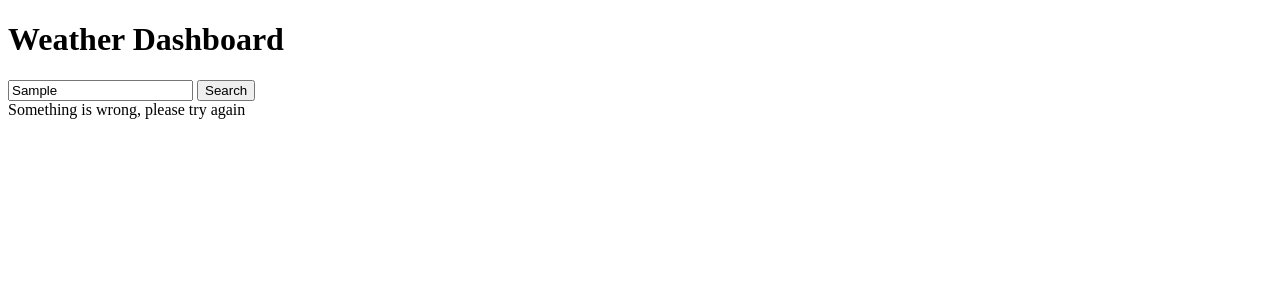
Repository: MikayelGubryan/Weather-Dashboard-Project-using-jQuery
Page: index.html
The author's editor kept a copy of each file at every save. The page is drawn from the files as they stood at one save, then again after the next save.
The browser window is 1280 px wide. The pictures show the whole page.
Empty fields were first filled with sample values (such as "Sample", 5 or name@example.com).
After loading, the first visible `#search-btn` was clicked once.
The page's requests for data from a server got no answer.

Above is the page before, as saved 2024-07-16 14:02:53.

After the next save:
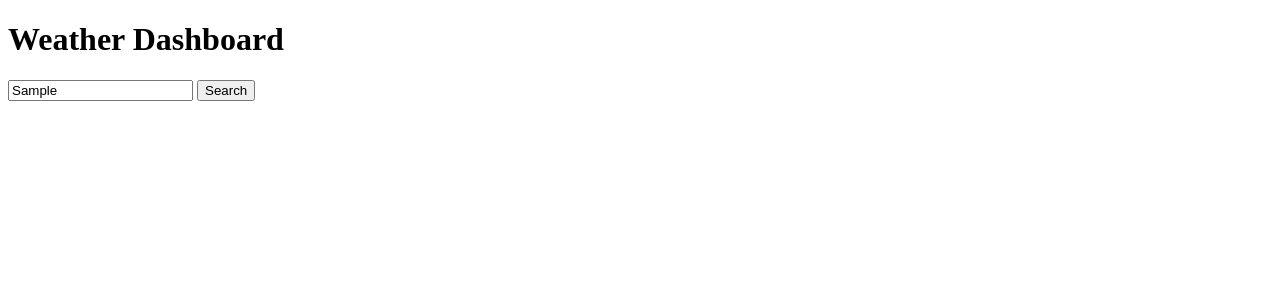
Console error: ReferenceError: cb1bba0ee8fe4a0c91910829241607 is not defined
Saved 75 s later.
--- a/js/JQ.js
+++ b/js/JQ.js
@@ -18,7 +18,7 @@ function fetchWeather(city) {
         method: "GET",
         data: {
             q: city,
-            appid: cityKey,
+            appid: cb1bba0ee8fe4a0c91910829241607,
             units: "metric"
         },
         success: function(data) {
